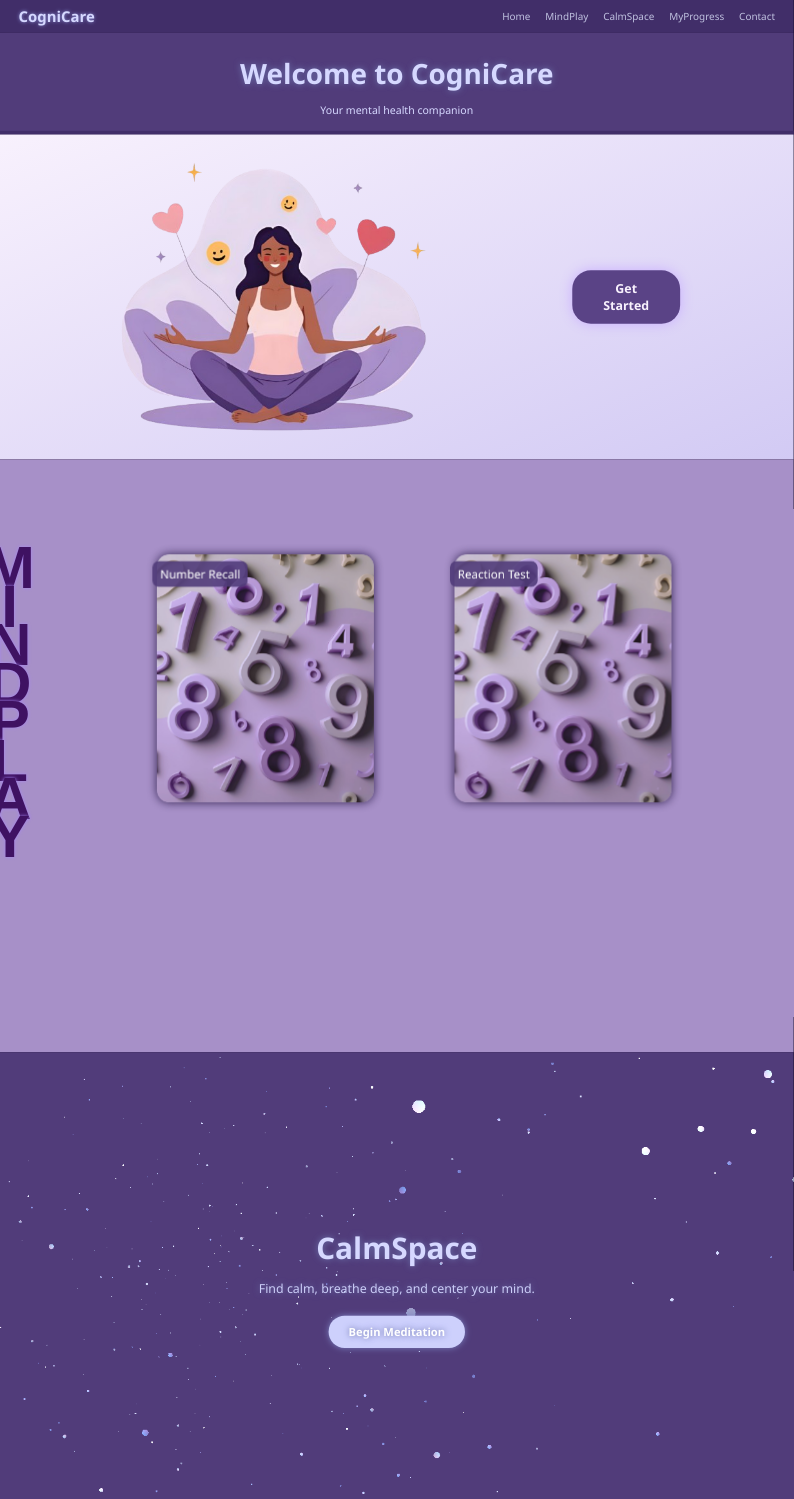
Repository: rujularaut/CogniCare
Page: /
The author's editor kept a copy of each file at every save. The page is drawn from the files as they stood at one save, then again after the next save.
The browser window is 1280 px wide. The pictures show the whole page, at 62% of full size.
The project was rebuilt for these pictures with package versions that can differ from the ones it lists, and the page was loaded fresh each time. Also part of the build but not shown: src/components/MeditationRoom.css, src/components/Signup.css, src/components/Signup.js, src/components/Login.css, src/components/Login.js, src/components/Stepper.css, src/components/Stepper.jsx, src/components/SignupStepper.css and 3 more.

Above is the page before, as saved 2025-06-25 14:45:24.

### public/index.html
<!DOCTYPE html>
<html lang="en">
  <head>
    <link href="https://fonts.googleapis.com/css2?family=Anton:wght@500&display=swap" rel="stylesheet">

    <meta charset="utf-8" />
    <link rel="icon" href="%PUBLIC_URL%/favicon.ico" />
    <meta name="viewport" content="width=device-width, initial-scale=1" />
    <meta name="theme-color" content="#000000" />
    <meta
      name="description"
      content="Web site created using create-react-app"
    />
    <link rel="apple-touch-icon" href="%PUBLIC_URL%/logo192.png" />
    <!--
      manifest.json provides metadata used when your web app is installed on a
      user's mobile device or desktop. See https://developers.google.com/web/fundamentals/web-app-manifest/
    -->
    <link rel="manifest" href="%PUBLIC_URL%/manifest.json" />
    <!--
      Notice the use of %PUBLIC_URL% in the tags above.
      It will be replaced with the URL of the `public` folder during the build.
      Only files inside the `public` folder can be referenced from the HTML.

      Unlike "/favicon.ico" or "favicon.ico", "%PUBLIC_URL%/favicon.ico" will
      work correctly both with client-side routing and a non-root public URL.
      Learn how to configure a non-root public URL by running `npm run build`.
    -->
    <title>React App</title>
  </head>
  <body>
    <noscript>You need to enable JavaScript to run this app.</noscript>
    <div id="root"></div>
    <!--
      This HTML file is a template.
      If you open it directly in the browser, you will see an empty page.

      You can add webfonts, meta tags, or analytics to this file.
      The build step will place the bundled scripts into the <body> tag.

      To begin the development, run `npm start` or `yarn start`.
      To create a production bundle, use `npm run build` or `yarn build`.
    -->
  </body>
</html>

### src/App.js
import { useLocation } from 'react-router-dom';
import { useEffect } from 'react';
import MindPlay from './components/MindPlay';

import React from 'react';
import { BrowserRouter as Router, Routes, Route } from 'react-router-dom';
import './App.css';
import Welcome from './components/Welcome';
import Meditation from './components/Meditation';
import Signup from './components/Signup';
import Login from './components/Login';
import SignupStepper from './components/SignupStepper';
import MeditationRoom from './components/MeditationRoom';

function ScrollToSection() {
  const location = useLocation();

  useEffect(() => {
    const fromMeditationRoom = document.referrer.includes('/meditationroom');
    const hasHash = location.hash;

    if (hasHash && fromMeditationRoom) {
      const section = document.querySelector(location.hash);
      if (section) {
        setTimeout(() => {
          section.scrollIntoView({ behavior: 'smooth' });
        }, 0);
      }
    }
  }, [location]);

  return null;
}


function App() {
  return (
    <Router>
  <div className="App">
    <ScrollToSection />  {/*this triggers scroll to #id on navigation */}

    <nav>
      <div className="logo">CogniCare</div>
      <ul>
        <li><a href="/">Home</a></li>
        <li><a href="#">MindPlay</a></li>
        <li><a href="#calmspace-section">CalmSpace</a></li>
        <li><a href="#">MyProgress</a></li>
        <li><a href="#">Contact</a></li>
      </ul>
    </nav>

    <Routes>
    <Route path="/" element={
  <>
    <header>
      <h1>Welcome to CogniCare</h1>
      <p>Your mental health companion</p>
    </header>
    <Welcome />

    {/* 🧠 Insert MindPlay here */}
    <MindPlay />

    <div id="calmspace-section">
      <Meditation />
    </div>
  </>
} />

      <Route path="/signup" element={<SignupStepper />} />
      <Route path="/signup" element={<Signup />} />
      <Route path="/login" element={<Login />} />
      <Route path="/meditationroom" element={<MeditationRoom />} />
    </Routes>
  </div>
</Router>

  );
}

export default App;

### src/components/MindPlay.js
import React, { useRef } from 'react';
import './MindPlay.css';
import DecryptedText from './DecryptedText';
import { motion, useInView } from 'framer-motion';
import TiltedCard from './TiltedCard';
import recallImg from '../assets/recall.png';
import reactionImg from '../assets/reaction.png';

const MindPlay = () => {
  const ref = useRef(null);
  const isInView = useInView(ref, { once: true, margin: '-100px' });

  return (
    <section className="mindplay-section" ref={ref}>
      <div className="mindplay-layout">

        {/* Left: Title */}
        <motion.div
          className="vertical-decrypt"
          initial={{ opacity: 0, y: 100 }}
          animate={isInView ? { opacity: 1, y: 0 } : {}}
          transition={{ duration: 1.5, ease: 'easeOut' }}
        >
          <DecryptedText
            text="MINDPLAY"
            animateOn={isInView ? 'hover' : 'none'}
            revealDirection="center"
            speed={250}
            maxIterations={50}
            sequential={true}
            className="revealed"
            encryptedClassName="encrypted"
          />
        </motion.div>

        {/* Right: Game Cards */}
        <div className="mindplay-cards">
          <TiltedCard
            imageSrc={recallImg}
            altText="Number Recall Game"
            captionText="Click to play"
            containerHeight="400px"
            containerWidth="370px"
            imageHeight="400px"
            imageWidth="350px"
            rotateAmplitude={12}
            scaleOnHover={1.1}
            showTooltip={true}
            displayOverlayContent={true}
            overlayContent={<p className="tilted-card-demo-text">Number Recall</p>}
          />

          <TiltedCard
            imageSrc={reactionImg}
            altText="Reaction Game"
            captionText="Click to play"
            containerHeight="400px"
            containerWidth="370px"
            imageHeight="400px"
            imageWidth="350px"
            rotateAmplitude={12}
            scaleOnHover={1.1}
            showTooltip={true}
            displayOverlayContent={true}
            overlayContent={<p className="tilted-card-demo-text">Reaction Test</p>}
          />
        </div>

      </div>
    </section>
  );
};

export default MindPlay;

### src/App.css
body {
  margin: 0;
  padding: 0;
  font-family: 'Segoe UI', sans-serif;
  background-color: #0a001a;
  color: #d6d8ff;
}

nav {
  background-color: #412e69;
  color: #d6d8ff;
  display: flex;
  justify-content: space-between;
  align-items: center;
  padding: 10px 30px;
  box-shadow: 0 0 15px #a9b0ff20;
}

.logo {
  font-size: 24px;
  font-weight: bold;
  color: #d6d8ff;
  text-shadow: 0 0 6px #8b92d7;
}

nav ul {
  list-style: none;
  display: flex;
  gap: 24px;
  margin: 0;
  padding: 0;
}

nav ul li a {
  text-decoration: none;
  color: #c0c2e0;
  font-weight: 500;
  transition: color 0.3s ease;
}

nav ul li a:hover {
  color: #f7c258;
  text-shadow: 0 0 6px #a9b0ff;
}

header {
  background-color: #513c7a;
  padding: 5px;
  text-align: center;
  border-bottom: 6px solid #412e69;
}

h1 {
  margin-bottom: 10px;
  font-size: 45px;
  color: #d6d8ff;
  text-shadow: 0 0 10px #6c72ac;
}

p {
  font-size: 17px;
  color: #d6d8ff;
}

### src/components/Welcome.js
import React from 'react';
import './Welcome.css';
import welcomeImg from '../assets/welcome.png';
import { Link } from 'react-router-dom';

const Welcome = () => {
  return (
    <section className="welcome">
      <div className="welcome-content">
        <img src={welcomeImg} alt="Welcome Illustration" className="welcome-img" />
        <Link to="/signup" className="start-btn">Get Started</Link> {/* ✅ Fixed */}
      </div>
    </section>
  );
};

export default Welcome;

### src/components/Meditation.js
import React from 'react';
import Particles from './Particles';
import './Meditation.css';
import { Link } from 'react-router-dom';
import './MeditationRoom.css';


const Meditation = () => {
  return (
    <section className="meditation-section">
      <Particles
        particleColors={['#cdd0fc', '#a9b0ff']}
        particleCount={680}
        particleSpread={11}
        speed={0.1}
        particleBaseSize={100}
        moveParticlesOnHover={false}
        alphaParticles={false}
      />
      <div className="meditation-content">
        <h2>CalmSpace</h2>
        <p>Find calm, breathe deep, and center your mind.</p>
        <Link to="/meditationroom" className="meditate-btn">Begin Meditation</Link>
      </div>
    </section>
  );
};

export default Meditation;

### src/components/MindPlay.css
.mindplay-section {
  padding: 80px 40px;
  background-color: #a790c8;
  color: #e1c3f8;
  position: relative;
}

.mindplay-layout {
  display: flex;
  align-items: center;
  justify-content: center;
  gap: 80px;
  flex-wrap: wrap;
  min-height: 100vh;
}

.vertical-decrypt {
  writing-mode: vertical-rl;
  text-orientation: upright;
  font-family: 'Anton', sans-serif;
  font-size: 50px;
  font-weight: 900;
  letter-spacing: 0px;
  line-height: 1.2;
  color: #3f1262;
  text-shadow: 0 0 15px #d2c7ec;
  cursor: pointer;
  display: flex;
  align-items:center;
  justify-content:center;
  height: 80vh;
  padding: 0px 10px;
  margin-bottom: 220px;
  margin-left: -190px;
}

.mindplay-cards {
  display: flex;
  gap: 30px;
  flex-wrap: wrap;
  justify-content: center;
  align-items: center;
  margin-top: 0;
  margin-bottom: 250px;
  margin-left: 50px; /* 👈 pushes the cards upward */
}


.revealed {
  font-size: 97px;
  letter-spacing: -47px;
  font-weight: 900;
  color: #3f1262;
  text-shadow: 0 0 6px #a685f2;
}

.encrypted {
  font-size: 55px;
  font-weight: 900;
  color: #cdbcf2;
  opacity: 0.5;
}

.tilted-card-demo-text {
  font-size: 18px;
  color: #ffffff;
  background-color: rgba(81, 60, 122, 0.9);
  padding: 8px 12px;
  border-radius: 10px;
  text-align: center;
}

### src/components/DecryptedText.js
import { useEffect, useState, useRef } from 'react'
import { motion } from 'framer-motion'

const styles = {
  wrapper: {
    display: 'inline-block',
    whiteSpace: 'pre-wrap',
  },
  srOnly: {
    position: 'absolute',
    width: '1px',
    height: '1px',
    padding: 0,
    margin: '-1px',
    overflow: 'hidden',
    clip: 'rect(0,0,0,0)',
    border: 0,
  },
}

export default function DecryptedText({
  text,
  speed = 50,
  maxIterations = 10,
  sequential = false,
  revealDirection = 'start',
  useOriginalCharsOnly = false,
  characters = 'ABCDEFGHIJKLMNOPQRSTUVWXYZabcdefghijklmnopqrstuvwxyz!@#$%^&*()_+',
  className = '',
  parentClassName = '',
  encryptedClassName = '',
  animateOn = 'hover',
  ...props
}) {
  const [displayText, setDisplayText] = useState(text);
  const [isHovering, setIsHovering] = useState(false);
  const [isScrambling, setIsScrambling] = useState(false);
  const [revealedIndices, setRevealedIndices] = useState(new Set());
  const [hasAnimated, setHasAnimated] = useState(false);
  const containerRef = useRef(null);

  useEffect(() => {
    let interval
    let currentIteration = 0

    const getNextIndex = (revealedSet) => {
      const textLength = text.length
      switch (revealDirection) {
        case 'start':
          return revealedSet.size
        case 'end':
          return textLength - 1 - revealedSet.size
        case 'center': {
          const middle = Math.floor(textLength / 2)
          const offset = Math.floor(revealedSet.size / 2)
          const nextIndex =
            revealedSet.size % 2 === 0
              ? middle + offset
              : middle - offset - 1

          if (nextIndex >= 0 && nextIndex < textLength && !revealedSet.has(nextIndex)) {
            return nextIndex
          }

          for (let i = 0; i < textLength; i++) {
            if (!revealedSet.has(i)) return i
          }
          return 0
        }
        default:
          return revealedSet.size
      }
    }

    const availableChars = useOriginalCharsOnly
      ? Array.from(new Set(text.split(''))).filter((char) => char !== ' ')
      : characters.split('')

    const shuffleText = (originalText, currentRevealed) => {
      if (useOriginalCharsOnly) {
        const positions = originalText.split('').map((char, i) => ({
          char,
          isSpace: char === ' ',
          index: i,
          isRevealed: currentRevealed.has(i),
        }))

        const nonSpaceChars = positions
          .filter((p) => !p.isSpace && !p.isRevealed)
          .map((p) => p.char)

        for (let i = nonSpaceChars.length - 1; i > 0; i--) {
          const j = Math.floor(Math.random() * (i + 1))
            ;[nonSpaceChars[i], nonSpaceChars[j]] = [nonSpaceChars[j], nonSpaceChars[i]]
        }

        let charIndex = 0
        return positions
          .map((p) => {
            if (p.isSpace) return ' '
            if (p.isRevealed) return originalText[p.index]
            return nonSpaceChars[charIndex++]
          })
          .join('')
      } else {
        return originalText
          .split('')
          .map((char, i) => {
            if (char === ' ') return ' '
            if (currentRevealed.has(i)) return originalText[i]
            return availableChars[Math.floor(Math.random() * availableChars.length)]
          })
          .join('')
      }
    }

    if (isHovering) {
      setIsScrambling(true)
      interval = setInterval(() => {
        setRevealedIndices((prevRevealed) => {
          if (sequential) {
            if (prevRevealed.size < text.length) {
              const nextIndex = getNextIndex(prevRevealed)
              const newRevealed = new Set(prevRevealed)
              newRevealed.add(nextIndex)
              setDisplayText(shuffleText(text, newRevealed))
              return newRevealed
            } else {
              clearInterval(interval)
              setIsScrambling(false)
              return prevRevealed
            }
          } else {
            setDisplayText(shuffleText(text, prevRevealed))
            currentIteration++
            if (currentIteration >= maxIterations) {
              clearInterval(interval)
              setIsScrambling(false)
              setDisplayText(text)
            }
            return prevRevealed
          }
        })
      }, speed)
    } else {
      setDisplayText(text)
      setRevealedIndices(new Set())
      setIsScrambling(false)
    }

    return () => {
      if (interval) clearInterval(interval)
    }
  }, [
    isHovering,
    text,
    speed,
    maxIterations,
    sequential,
    revealDirection,
    characters,
    useOriginalCharsOnly,
  ])

  useEffect(() => {
    if (animateOn !== 'view') return

    const observerCallback = (entries) => {
      entries.forEach((entry) => {
        if (entry.isIntersecting && !hasAnimated) {
          setIsHovering(true)
          setHasAnimated(true)
        }
      })
    }

    const observerOptions = {
      root: null,
      rootMargin: '0px',
      threshold: 0.1,
    }

    const observer = new IntersectionObserver(observerCallback, observerOptions)
    const currentRef = containerRef.current
    if (currentRef) {
      observer.observe(currentRef)
    }

    return () => {
      if (currentRef) {
        observer.unobserve(currentRef)
      }
    }
  }, [animateOn, hasAnimated])

  const hoverProps =
    animateOn === 'hover'
      ? {
        onMouseEnter: () => setIsHovering(true),
        onMouseLeave: () => setIsHovering(false),
      }
      : {}

  return (
    <motion.span className={parentClassName} ref={containerRef} style={styles.wrapper} {...hoverProps} {...props}>
      <span style={styles.srOnly}>{displayText}</span>

      <span aria-hidden="true">
        {displayText.split('').map((char, index) => {
          const isRevealedOrDone =
            revealedIndices.has(index) || !isScrambling || !isHovering

          return (
            <span
              key={index}
              className={isRevealedOrDone ? className : encryptedClassName}
            >
              {char}
            </span>
          )
        })}
      </span>
    </motion.span>
  )
}

### src/components/TiltedCard.js
import './TiltedCard.css';

import { useRef, useState } from "react";
import { motion, useMotionValue, useSpring } from "framer-motion";
import "./TiltedCard.css";

const springValues = {
  damping: 30,
  stiffness: 100,
  mass: 2,
};

export default function TiltedCard({
  imageSrc,
  altText = "Tilted card image",
  captionText = "",
  containerHeight = "300px",
  containerWidth = "100%",
  imageHeight = "300px",
  imageWidth = "300px",
  scaleOnHover = 1.1,
  rotateAmplitude = 14,
  showMobileWarning = true,
  showTooltip = true,
  overlayContent = null,
  displayOverlayContent = false,
}) {
  const ref = useRef(null);

  const x = useMotionValue();
  const y = useMotionValue();
  const rotateX = useSpring(useMotionValue(0), springValues);
  const rotateY = useSpring(useMotionValue(0), springValues);
  const scale = useSpring(1, springValues);
  const opacity = useSpring(0);
  const rotateFigcaption = useSpring(0, {
    stiffness: 350,
    damping: 30,
    mass: 1,
  });

  const [lastY, setLastY] = useState(0);

  function handleMouse(e) {
    if (!ref.current) return;

    const rect = ref.current.getBoundingClientRect();
    const offsetX = e.clientX - rect.left - rect.width / 2;
    const offsetY = e.clientY - rect.top - rect.height / 2;

    const rotationX = (offsetY / (rect.height / 2)) * -rotateAmplitude;
    const rotationY = (offsetX / (rect.width / 2)) * rotateAmplitude;

    rotateX.set(rotationX);
    rotateY.set(rotationY);

    x.set(e.clientX - rect.left);
    y.set(e.clientY - rect.top);

    const velocityY = offsetY - lastY;
    rotateFigcaption.set(-velocityY * 0.6);
    setLastY(offsetY);
  }

  function handleMouseEnter() {
    scale.set(scaleOnHover);
    opacity.set(1);
  }

  function handleMouseLeave() {
    opacity.set(0);
    scale.set(1);
    rotateX.set(0);
    rotateY.set(0);
    rotateFigcaption.set(0);
  }

  return (
    <figure
      ref={ref}
      className="tilted-card-figure"
      style={{
        height: containerHeight,
        width: containerWidth,
      }}
      onMouseMove={handleMouse}
      onMouseEnter={handleMouseEnter}
      onMouseLeave={handleMouseLeave}
    >
      {showMobileWarning && (
        <div className="tilted-card-mobile-alert">
          This effect is not optimized for mobile. Check on desktop.
        </div>
      )}

      <motion.div
        className="tilted-card-inner"
        style={{
          width: imageWidth,
          height: imageHeight,
          rotateX,
          rotateY,
          scale,
        }}
      >
        <motion.img
          src={imageSrc}
          alt={altText}
          className="tilted-card-img"
          style={{
            width: imageWidth,
            height: imageHeight,
          }}
        />

        {displayOverlayContent && overlayContent && (
          <motion.div
            className="tilted-card-overlay"
          >
            {overlayContent}
          </motion.div>
        )}
      </motion.div>

      {showTooltip && (
        <motion.figcaption
          className="tilted-card-caption"
          style={{
            x,
            y,
            opacity,
            rotate: rotateFigcaption,
          }}
        >
          {captionText}
        </motion.figcaption>
      )}
    </figure>
  );
}

### src/components/Welcome.css
.welcome {
  height: 70vh;
  display: flex;
  align-items: center;
  justify-content: center;
  background: linear-gradient(to bottom right, #f8f1fd, #d2caf4);
  text-align: center;
  padding: 10px;
}

.welcome-content {
  display: flex;
  flex-direction: row;
  align-items: center;
  gap: 220px;
}

.welcome-img {
  max-width: 520px;
  width: 100%;
  height: auto;
  animation: fadeIn 1.5s ease;
}

.start-btn {
  background-color: #5a4386;
  color: #f8f1fd;
  padding: 16px 40px;
  border-radius: 30px;
  text-decoration: none;
  font-weight: bold;
  font-size: 20px;
  transition: background-color 0.3s ease, transform 0.2s ease;
  box-shadow: 0 0 20px #cab0ff;
}

.start-btn:hover {
  background-color: #fbb967;
  transform: scale(1.05);
}

@keyframes fadeIn {
  from { opacity: 0; transform: translateY(20px); }
  to { opacity: 1; transform: translateY(0); }
}

### src/components/Meditation.css
.meditation-section {
  position: relative;
  width: 100%;
  height: 100vh;
  overflow: hidden;
  background-color: #513c7a;
  display: flex;
  justify-content: center;
  align-items: center;
  text-align: center;
}

.meditation-content {
  position: relative;
  z-index: 1;
  color: #d6d8ff;
  text-shadow: 0 0 10px #6c72ac;
}

.meditation-content h2 {
  font-size: 48px;
  margin-bottom: 10px;
}

.meditation-content p {
  font-size: 20px;
  margin-bottom: 30px;
  color: #cccef8;
}


.meditate-btn {
  text-decoration: none;
  color: #fff;
  background-color: #cdd0fc;
  padding: 14px 32px;
  border-radius: 30px;
  font-size: 18px;
  font-weight: bold;
  box-shadow: 0 0 10px #7b82c0;
  transition: background-color 0.3s ease, transform 0.2s ease;
  display: inline-block;
}

.meditate-btn:hover {
  background-color: #dcdeff;
  color: #744fab;
  transform: scale(1.05);
  text-decoration: none;
}

### src/components/TiltedCard.css
.tilted-card-figure {
  position: relative;
  width: 100%;
  height: 100%;
  perspective: 800px;
  display: flex;
  flex-direction: column;
  align-items: top;
  justify-content: center;
}

.tilted-card-mobile-alert {
  position: absolute;
  top: 1rem;
  text-align: center;
  font-size: 0.875rem;
  display: none;
}

@media (max-width: 640px) {
  .tilted-card-mobile-alert {
    display: block;
  }
  .tilted-card-caption {
    display: none;
  }
}

.tilted-card-inner {
  position: relative;
  transform-style: preserve-3d;
}

.tilted-card-img {
  position: absolute;
  top: 50;
  left: 0;
  object-fit: cover;
  border-radius: 20px;
  will-change: transform;
  transform: translateZ(0);
  box-shadow: 0 0 15px #31224e;
}

.tilted-card-img:hover {
  filter: brightness(1.1) saturate(1.2);
  box-shadow: 0 0 15px #ffdca3;
  transition: all 0.3s ease;
}


.tilted-card-overlay {
  position: absolute;
  top: 0;
  left: 0;
  z-index: 2;
  will-change: transform;
  transform: translateZ(30px);
}

.tilted-card-caption {
  pointer-events: none;
  position: absolute;
  left: 0;
  top: 0;
  border-radius: 4px;
  background-color: #745f99;
  padding: 4px 10px;
  font-size: 15px;
  color: #f6eaff;
  opacity: 0;
  z-index: 3;
}

### src/components/Particles.css
.particles-container {
  position: absolute;
  width: 100%;
  height: 100%;
  z-index: 0;
}

Loaded but not shown: src/index.js (common file); src/index.css (common file); src/components/Particles.js (230 lines, source omitted)

After the next save:
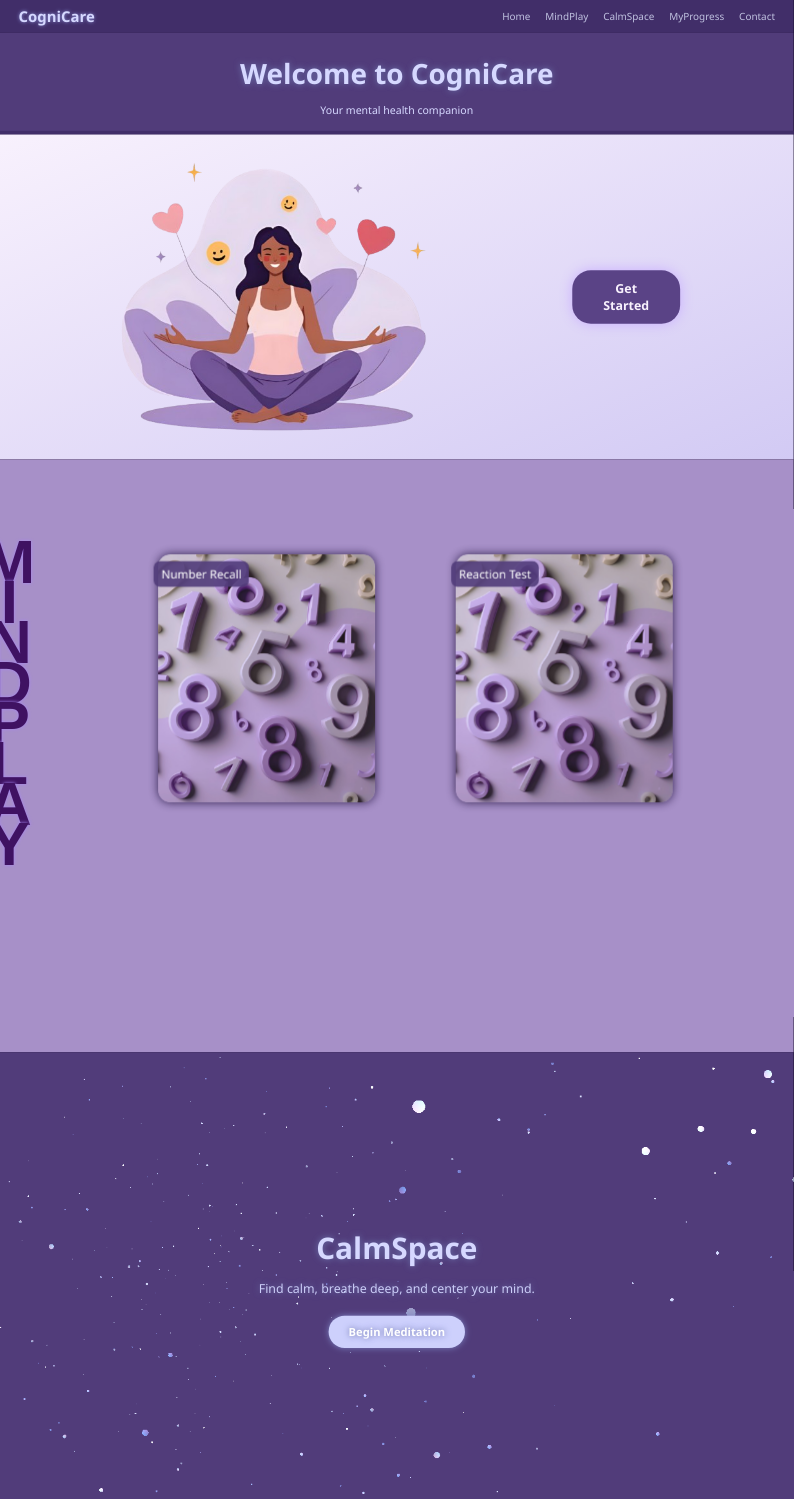
Saved 6 s later.
--- a/src/components/MindPlay.css
+++ b/src/components/MindPlay.css
@@ -47,7 +47,7 @@
 
 
 .revealed {
-  font-size: 97px;
+  font-size: 100px;
   letter-spacing: -47px;
   font-weight: 900;
   color: #3f1262;
